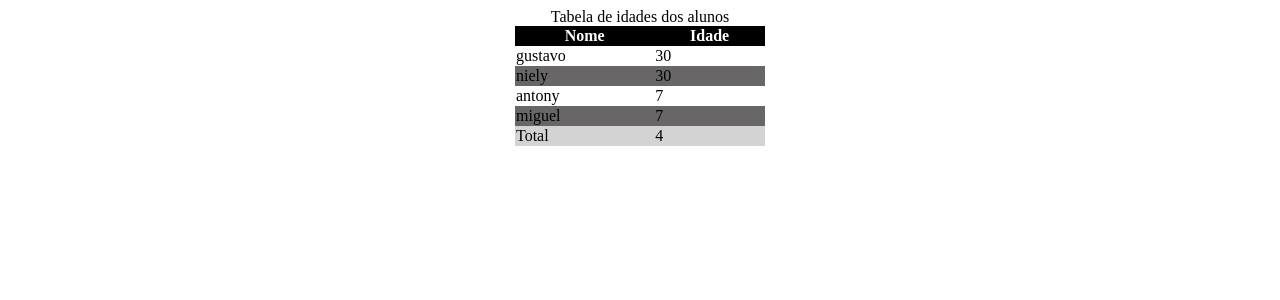
Repository: gustavotwist/html-css
Page: tabl.html
An editor plug-in stored every save of this project. The page is shown before and after the next save, followed by the edit.
The browser window is 1280 px wide. The pictures show the whole page.

Above is the page before, as saved 2024-04-27 20:18:48.

### tabl.html
<!DOCTYPE html>
<html lang="pt-br">
<head>
    <meta charset="UTF-8">
    <meta name="viewport" content="width=device-width, initial-scale=1.0">
    <title>tabelas</title>
    <style>
        table thead th {
            background-color: black;
            color: white;
        }
        table tfoot td {
            background-color: lightgray;
        }
        table tbody tr:nth-child(even) td {
            background-color: #686666;
        }
    </style>
</head>
<body>
    <table width="250"  align="center" cellspacing="0" cellpadding="">
        <caption>Tabela de idades dos alunos</caption>
        <thead>
            <tr>
                <th>Nome</th>
                <th>Idade</th>
            </tr>
        </thead>


        <tbody>
            <tr>
                <td>gustavo</td>
                <td>30</td>
            </tr>
            <tr>
                <td>niely</td>
                <td>30</td>
            </tr>
            <tr>
                <td>antony</td>
                <td>7</td>
            </tr>
            <tr>
                <td>miguel</td>
                <td>7</td>
            </tr>
        </tbody>
        <tfoot>
            <tr>
                <td>Total</td>
                <td>4</td>
            </tr>
        </tfoot>
    </table>



</body>
</html>

After the next save:
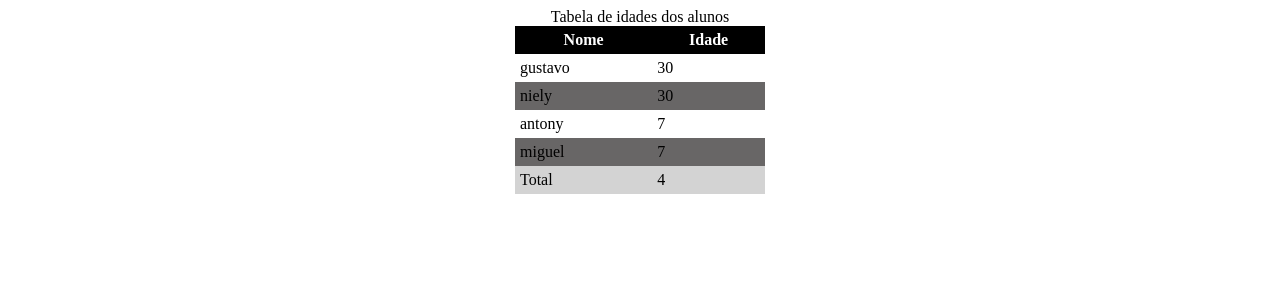
Saved 23 s later.
--- a/tabl.html
+++ b/tabl.html
@@ -18,7 +18,7 @@
     </style>
 </head>
 <body>
-    <table width="250"  align="center" cellspacing="0" cellpadding="">
+    <table width="250"  align="center" cellspacing="0" cellpadding="5">
         <caption>Tabela de idades dos alunos</caption>
         <thead>
             <tr>
